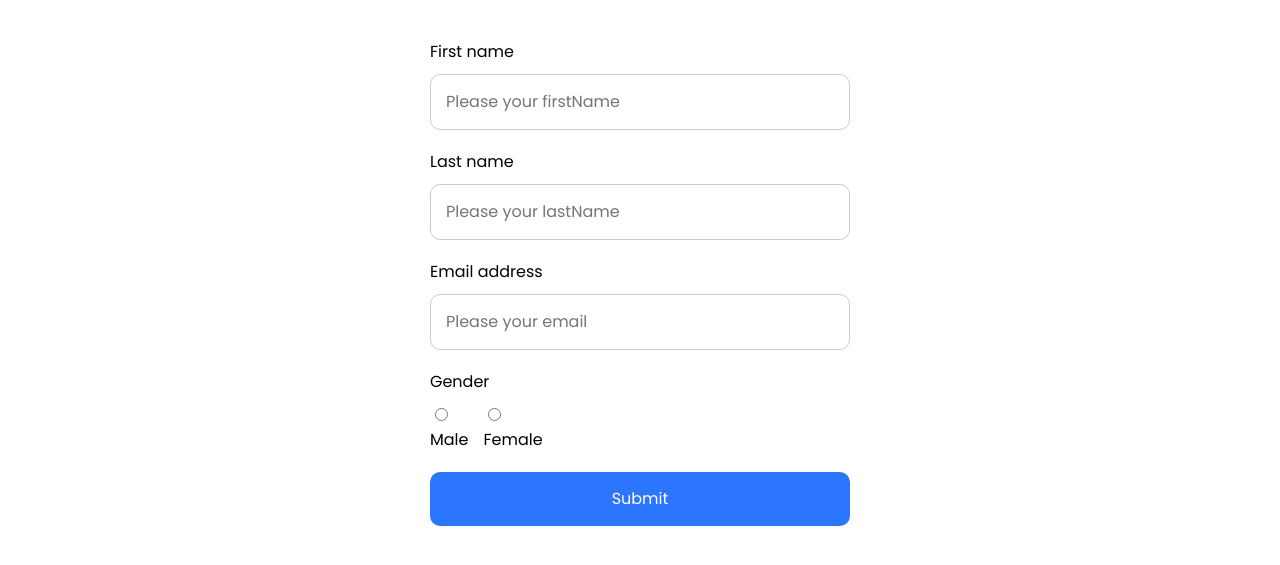
Repository: hoang0508/ReactJsDevWork
Page: /
An editor plug-in stored every save of this project. The page is shown before and after the next save, followed by the edit.
The browser window is 1280 px wide. The pictures show the whole page.
The project was rebuilt for these pictures with package versions that can differ from the ones it lists, and the page was loaded fresh each time.

Above is the page before, as saved 2022-02-23 09:31:29.

### src/index.scss
body {
  margin: 0;
  font-family: "Poppins", sans-serif;
  font-size: 16px;
  -webkit-font-smoothing: antialiased;
  -moz-osx-font-smoothing: grayscale;
}

code {
  font-family: source-code-pro, Menlo, Monaco, Consolas, "Courier New",
    monospace;
}

### src/App.js
import "./App.scss";
import FormUseHook from "./components/Form/FormUseHook";

function App() {
  return (
    <>
      {/* <div>Hello</div> */}
      <FormUseHook />
    </>
  );
}

export default App;

### src/App.scss
@import url("https://fonts.googleapis.com/css2?family=Poppins:ital,wght@0,300;0,400;0,500;0,600;0,700;1,600&family=Red+Hat+Display:wght@300;400;500;600;700&display=swap");
*,
*::before,
*::after {
  box-sizing: border-box;
}
body,
h1,
h2,
h3,
h4,
h5,
h6,
p,
figure,
picture {
  margin: 0;
}
body {
  min-height: 100vh;
  line-height: 1.5;
}
input,
button,
select,
textarea {
  font: inherit;
}
img,
picture {
  display: block;
  max-width: 100%;
}
/* remove animation for people who've turned them off */
@media (prefers-reduced-motion: reduce) {
  *,
  *::before,
  *::after {
    animation-duration: 0.01ms !important;
    animation-iteration-count: 1 !important;
    transition-duration: 0.01ms !important;
    scroll-behavior: auto !important;
  }
}

// body {
//   background: #eb3349; /* fallback for old browsers */
//   background: -webkit-linear-gradient(
//     to right,
//     #f45c43,
//     #eb3349
//   ); /* Chrome 10-25, Safari 5.1-6 */
//   background: linear-gradient(
//     to right,
//     #f45c43,
//     #eb3349
//   ); /* W3C, IE 10+/ Edge, Firefox 16+, Chrome 26+, Opera 12+, Safari 7+ */
// }

// body {
//   background-color: #181818;
// }

### src/components/Form/FormUseHook.js
import React from "react";
import { useForm } from "react-hook-form";
import "./Form.scss";
import { yupResolver } from "@hookform/resolvers/yup";
import * as Yup from "yup";
import MyInput from "./Input";
import Radio from "./Radio";

// Validation với Yup
const schema = Yup.object({
  firstName: Yup.string()
    .required("Please enter your firstName")
    .max(10, "Must be 10 character or less"),
  lastName: Yup.string()
    .required("Please enter your lastName")
    .max(10, "Must be 10 character or less"),
  email: Yup.string().email().required(),
});

const FormUseHook = () => {
  // useForm hook
  const {
    // register
    handleSubmit,
    formState: { errors, isValid },
    reset,
    control,
  } = useForm({
    resolver: yupResolver(schema),
    mode: "onChange",
  });
  console.log(errors);
  // submit form
  const onSubmit = (values) => {
    if (isValid) {
      reset({
        firstName: "",
        lastName: "",
        email: "",
      });
    }
    console.log(values);
  };
  return (
    <form className="form" onSubmit={handleSubmit(onSubmit)} autoComplete="off">
      <div className="form-group">
        <label htmlFor="firstName" className="form-label">
          First name
        </label>
        <MyInput
          name="firstName"
          type="text"
          id="firstName"
          placeholder="Please your firstName"
          control={control}
        />
        {/* Validation */}
        {errors.firstName?.message && (
          <div className="form-error">{errors.firstName.message}</div>
        )}
        {/* <input
          className="form-input"
          type="text"
          id="firstName"
          placeholder="Please your firstName"
          // Cách 1: validate bth trong useForm
          // {...register("firstName", {
          //   required: true,
          //   maxLength: 10,
          // })}
          // Cách 2: Yup
          {...register("firstName")}
        /> */}
        {/* {errors.firstName && errors.firstName.type === "required" && (
          <div className="form-error">firstName empty</div>
        )}
        {errors?.firstName?.type === "maxLength" && (
          <div className="form-error">Must be 10 characters or less</div>
        )} */}
        {/* Validatio vs Yup */}
        {/* {errors?.firstName?.type && (
          <div className="form-error">{errors.firstName.message}</div>
        )} */}
      </div>
      <div className="form-group">
        <label htmlFor="lastName" className="form-label">
          Last name
        </label>
        <MyInput
          name="lastName"
          type="text"
          id="lastName"
          placeholder="Please your lastName"
          control={control}
        />
        {errors.lastName?.message && (
          <div className="form-error">{errors.lastName.message}</div>
        )}
      </div>
      <div className="form-group">
        <label htmlFor="email" className="form-label">
          Email address
        </label>
        <MyInput
          name="email"
          type="email"
          id="email"
          placeholder="Please your email"
          control={control}
        />
        {errors.email?.message && (
          <div className="form-error">{errors.email.message}</div>
        )}
      </div>
      <div className="form-group">
        <label htmlFor="email" className="form-label">
          Gender
        </label>
        <div className="form-list">
          <div className="form-item">
            <Radio control={control} name="gender" value="male" />
            <span>Male</span>
          </div>
          <div className="form-item">
            <Radio control={control} name="gender" value="female" />
            <span>Female</span>
          </div>
        </div>
      </div>
      <div>
        <button type="submit" className="form-btn">
          Submit
        </button>
      </div>
    </form>
  );
};

export default FormUseHook;

### src/components/Form/Form.scss
.form {
  padding: 40px;
  max-width: 500px;
  width: 100%;
  margin: 0 auto;
  &-group {
    display: flex;
    flex-direction: column;
    margin-bottom: 20px;
  }
  &-label {
    margin-bottom: 10px;
  }
  &-input {
    padding: 15px;
    border: 1px solid #ccc;
    border-radius: 10px;
    outline: none;
  }
  &-list {
    display: flex;
    align-items: center;
    gap: 0 15px;
  }
  &-btn {
    background-color: #2c76ff;
    color: #fff;
    outline: none;
    border: 0;
    border-radius: 10px;
    width: 100%;
    padding: 15px;
    cursor: pointer;
  }
  &-error {
    margin-top: 5px;
    font-size: 14px;
    color: crimson;
  }
}

### src/components/Form/Input.js
import React from "react";
import { useController } from "react-hook-form";
// Tạo component MyInput tái sử dụng
const MyInput = ({ control, ...props }) => {
  const { field } = useController({ control, name: props.name });
  return <input className="form-input" {...field} {...props} />;
};

export default MyInput;

### src/components/Form/Radio.js
import React from "react";
import { useController } from "react-hook-form";

const Radio = ({ control, ...props }) => {
  const { field } = useController({ control, name: props.name });
  return (
    <label className="custom-radio">
      <input type="radio" className="form-input-radio" {...field} {...props} />
      <div className="form-custom-input"></div>
    </label>
  );
};

export default Radio;

Loaded but not shown: public/index.html (common file); src/index.js (common file); src/reportWebVitals.js (common file)

After the next save:
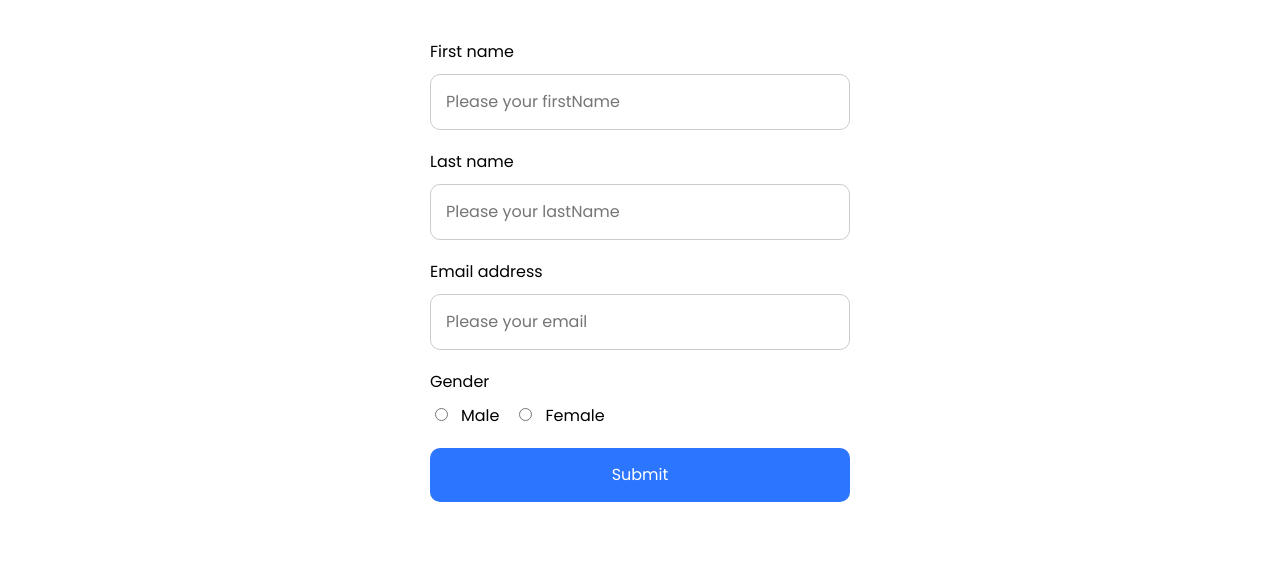
Saved 46 s later.
--- a/src/components/Form/Form.scss
+++ b/src/components/Form/Form.scss
@@ -22,6 +22,11 @@
     align-items: center;
     gap: 0 15px;
   }
+  &-item {
+    display: flex;
+    align-items: center;
+    gap: 0 10px;
+  }
   &-btn {
     background-color: #2c76ff;
     color: #fff;
